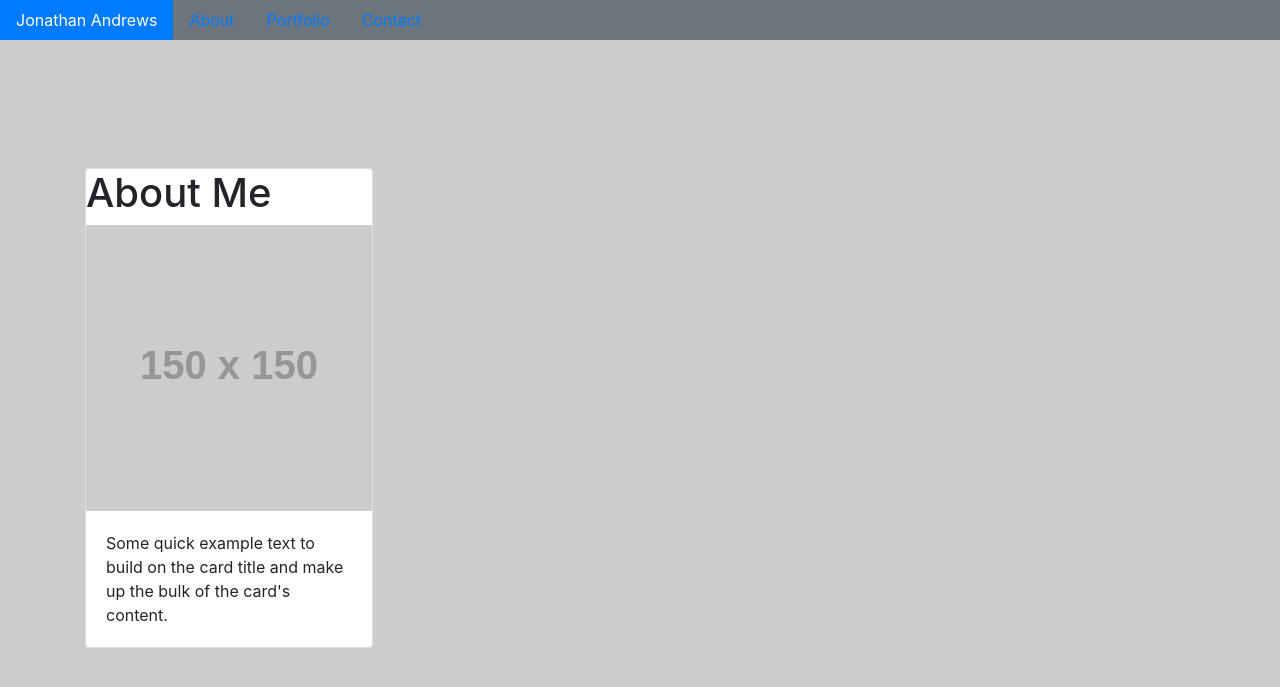
Repository: ionathas78/ionathas78.github.io
Page: index.html
An editor plug-in stored every save of this project. The page is shown before and after the next save, followed by the edit.
The browser window is 1280 px wide. The pictures show the whole page.

Above is the page before, as saved 2020-03-14 20:54:46.

### index.html
<!DOCTYPE html>
<html lang="en">
<head>
    <meta charset="UTF-8">
    <meta name="viewport" content="width=device-width, initial-scale=1.0">
    <title>Document</title>

    <link rel="stylesheet" href="https://stackpath.bootstrapcdn.com/bootstrap/4.4.1/css/bootstrap.min.css" integrity="sha384-Vkoo8x4CGsO3+Hhxv8T/Q5PaXtkKtu6ug5TOeNV6gBiFeWPGFN9MuhOf23Q9Ifjh" crossorigin="anonymous">
</head>
<body style="background-color: #ccc">
    <header>
        <ul class="nav bg-secondary">
            <li class="nav-item bg-primary">
              <a class="nav-link active" href="#" style="color: white;">Jonathan Andrews</a>
            </li>
            <li class="nav-item">
              <a class="nav-link" href="index.html">About</a>
            </li>
            <li class="nav-item">
              <a class="nav-link" href="portfolio.html">Portfolio</a>
            </li>
            <li class="nav-item">
                <a class="nav-link" href="contact.html">Contact</a>
            </li>
        </ul>
    </header>

    <div class="container">
        <div class="row">
            <div class="col-lg-4">
                <div class="card" style="width: 18rem; background-color: white; margin-top: 10vw;">
                    <h1>About Me</Menu></h1>
                    <img src="https://via.placeholder.com/150" class="float-left" alt="My Index Pic">
                        <div class="card-body">
                      <p class="card-text">Some quick example text to build on the card title and make up the bulk of the card's content.</p>
                    </div>
                  </div>
            </div>
        </div>
    </div>

    <!-- JS Scripts -->

    <script src="https://code.jquery.com/jquery-3.4.1.slim.min.js" integrity="sha384-J6qa4849blE2+poT4WnyKhv5vZF5SrPo0iEjwBvKU7imGFAV0wwj1yYfoRSJoZ+n" crossorigin="anonymous"></script>
    <script src="https://cdn.jsdelivr.net/npm/popper.js@1.16.0/dist/umd/popper.min.js" integrity="sha384-Q6E9RHvbIyZFJoft+2mJbHaEWldlvI9IOYy5n3zV9zzTtmI3UksdQRVvoxMfooAo" crossorigin="anonymous"></script>
    <script src="https://stackpath.bootstrapcdn.com/bootstrap/4.4.1/js/bootstrap.min.js" integrity="sha384-wfSDF2E50Y2D1uUdj0O3uMBJnjuUD4Ih7YwaYd1iqfktj0Uod8GCExl3Og8ifwB6" crossorigin="anonymous"></script>
</body>
</html>

After the next save:
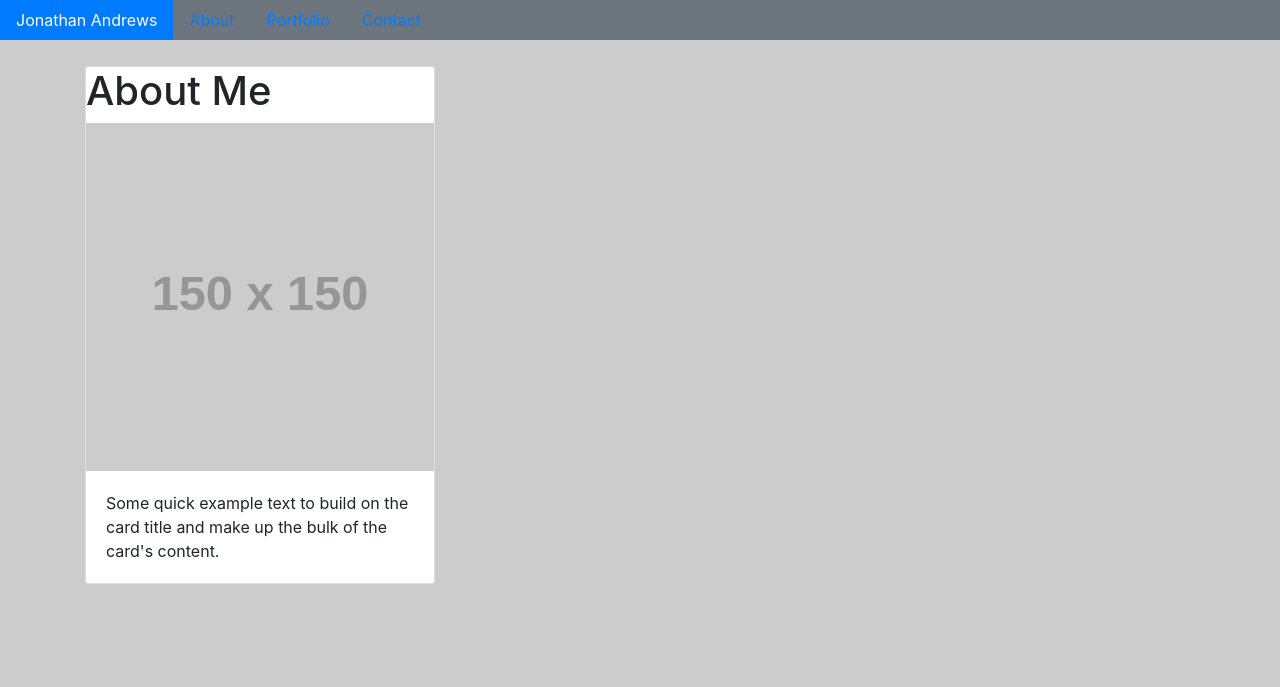
Saved 49 s later.
--- a/index.html
+++ b/index.html
@@ -28,7 +28,7 @@
     <div class="container">
         <div class="row">
             <div class="col-lg-4">
-                <div class="card" style="width: 18rem; background-color: white; margin-top: 10vw;">
+                <div class="card" style="max width: 750px; background-color: white; margin-top: 2vw;">
                     <h1>About Me</Menu></h1>
                     <img src="https://via.placeholder.com/150" class="float-left" alt="My Index Pic">
                         <div class="card-body">
